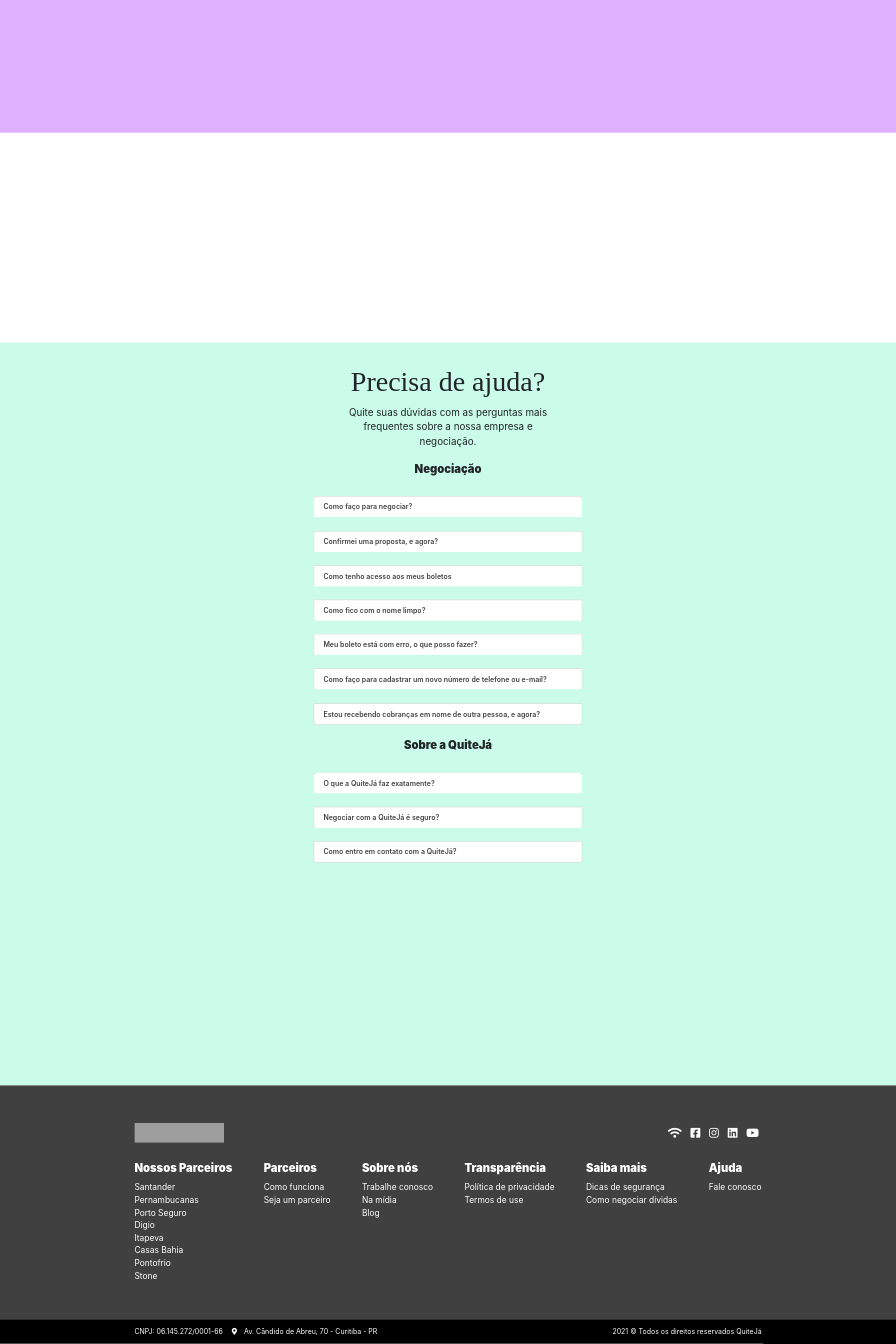
Repository: dasilvaoscar/estudos
Page: Layouts/index.html
An editor plug-in stored every save of this project. The page is shown before and after the next save, followed by the edit.
The browser window is 1280 px wide. The pictures show the part of the page from y = 3191 to 5111 px (the page is 5111 px tall), at 70% of full size.
Pictures or frames that could not be fetched are drawn as grey boxes. Some web fonts or font styles are not loaded; a fallback is used.

Above is the page before, as saved 2021-01-29 12:59:01.

After the next save:
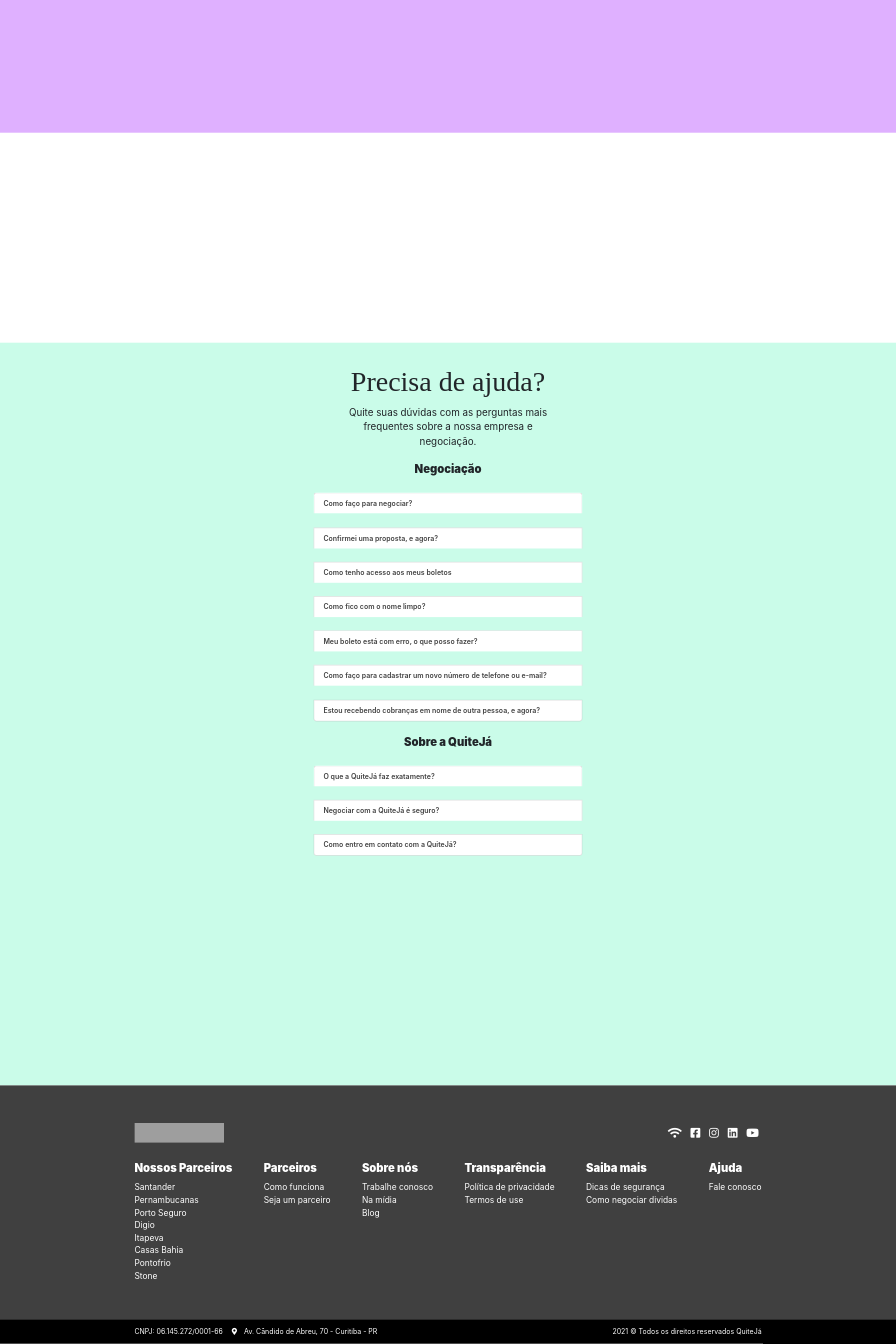
Saved 7 s later.
--- a/Layouts/assets/css/style.css
+++ b/Layouts/assets/css/style.css
@@ -245,7 +245,7 @@ ul.nav-bar-links li:last-child {
 
 .help h6 {
   font-weight: 900;
-  margin: 20px auto 10px auto;
+  margin: 20px auto 5px auto;
 }
 
 .accordion {
